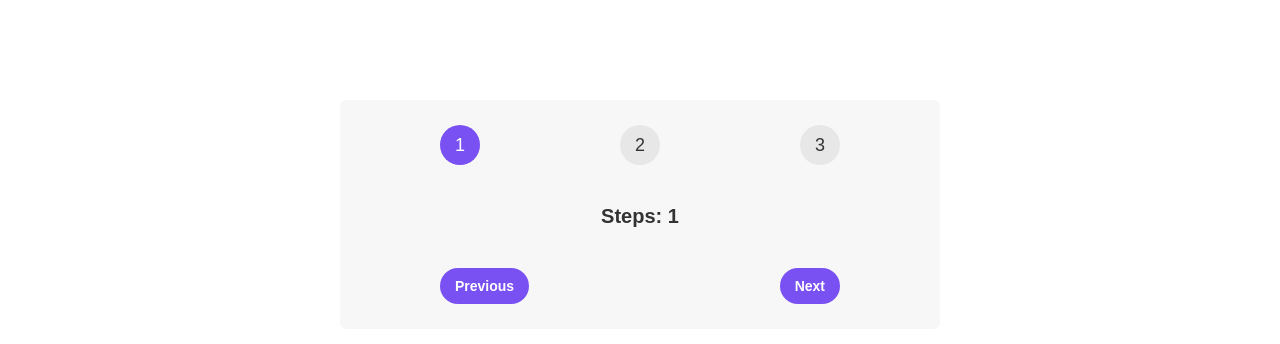
Repository: vgor15/steps
Page: /
The author's editor kept a copy of each file at every save. The page is drawn from the files as they stood at one save, then again after a run of saves.
The browser window is 1280 px wide. The pictures show the whole page.
The project was rebuilt for these pictures with package versions that can differ from the ones it lists, and the page was loaded fresh each time.

Above is the page before, as saved 2025-03-07 15:02:52.

After the next 2 saves:
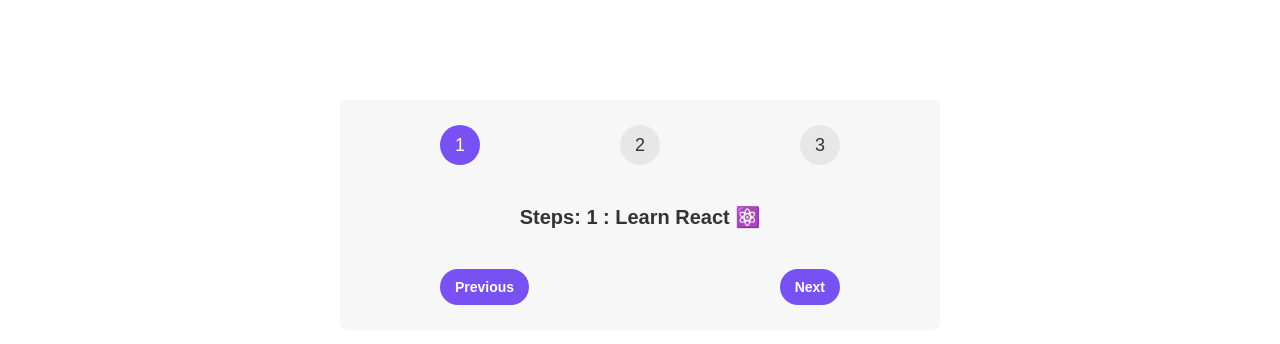
The 2 saves are shown as one change because they came seconds apart.
The last was saved 24 s later.
--- a/src/App.js
+++ b/src/App.js
@@ -15,7 +15,9 @@ function App() {
         <div>3</div>
       </div>
 
-      <p className="message">Steps: {steps}</p>
+      <p className="message">
+        Steps: {steps} : {messages[steps - 1]}
+      </p>
 
       <div className="buttons">
         <button style={{ backgroundColor: "#7950f2", color: "#fff" }}>
